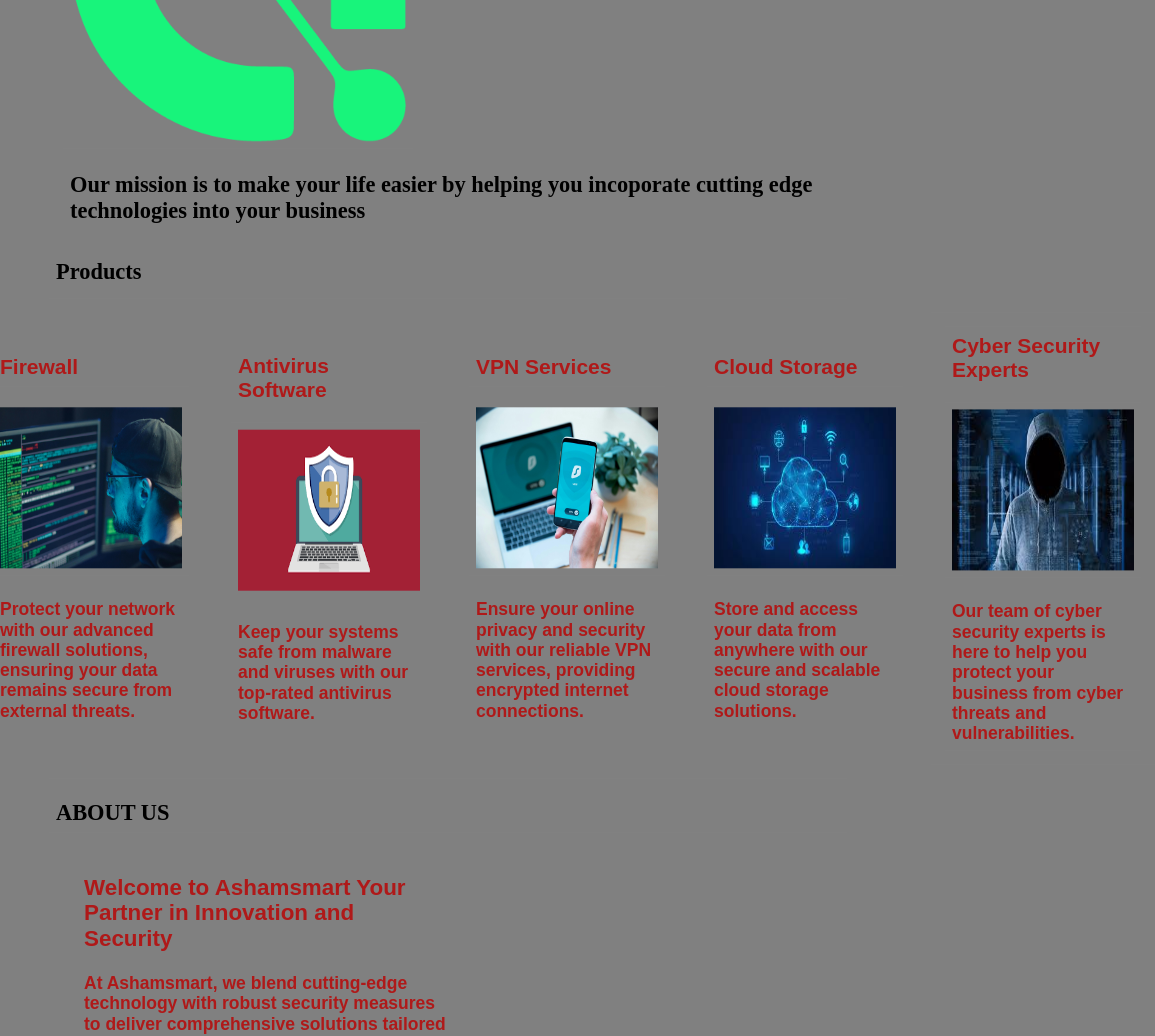
Repository: Alphosmart/firstassignment
Page: /
These files come from the project's save history. The page is drawn as it stood at one moment and after the next save; the edit follows.
The browser window is 1280 px wide. The page is 1650 px wide, so the pictures cover 1650 px, including what lies to the right of the window. The pictures show the part of the page from y = 667 to 2147 px (the page is 5263 px tall before and 5247 px after), at 70% of full size.
The project was rebuilt for these pictures with package versions that can differ from the ones it lists, and the page was loaded fresh each time. Also part of the build but not shown: vite.config.js.

Above is the page before, as saved 2024-08-13 16:52:15.

### index.html
<!DOCTYPE html>
<html lang="en">
  <head>
    <meta charset="UTF-8" />
    <link
      rel="icon"
      type="image/svg+xml"
      href="/public/Image/ashamsmart logo plain.svg"
    />
    <meta name="viewport" content="width=device-width, initial-scale=1.0" />
    <title>Vite + React</title>
  </head>
  <body>
    <div id="root"></div>
    <script type="module" src="/src/main.jsx"></script>
  </body>
</html>

### src/App.jsx
// import React from 'react'

import Navigation from './components/Navigation/Navigation';
import Products from './components/Products/Products';
import About from './components/About/About';
import Partners from './components/Partners/Partners';
import Footer from './components/Footer/Footer';
import HeroSection from './components/Herosection/HeroSection';

const App = () => {
  return (
    <>
      <Navigation />
      <HeroSection />
      <Products />
      <About />
      <Partners />
      <Footer />
    </>
  );
};

export default App;

### src/index.css
* {
  margin: 10px;
  padding: 10px;
  box-sizing: border-box;
  background-color: grey;
}

.navbar {
  display: flex;
  justify-content: space-between;
  /* align-items: center; */
  background-color: #333;
  /* padding: 10px 20px; */
}

/* Logo Styling */
.logo {
  width: 100px;
}

.about {
  margin: 10px;
  padding: 10px;
  color: rgb(175, 25, 25);
  font-family: Arial, Helvetica, sans-serif;
  font-size: 24;
  font-weight: bold;
  display: flex;
  justify-content: center;
  align-items: center;
}

.products {
  margin: 10px;
  padding: 10px;
  color: rgb(175, 25, 25);
  font-family: Arial, Helvetica, sans-serif;
  font-size: 24;
  font-weight: bold;
  display: flex;
  justify-content: center;
  align-items: center;
}
.products img {
  width: 280px;
  height: 250px;
}

p {
  color: rgb(175, 25, 25);
  font-family: Arial, Helvetica, sans-serif;
  font-size: 25px;
  font-weight: bold;
  align-items: center;
}

h3 {
  color: rgb(175, 25, 25);
  font-family: Arial, Helvetica, sans-serif;
  font-size: 30px;
  font-weight: bold;
  align-items: center;
}

.partners {
  margin: 10px;
  padding: 10px;
  color: rgb(175, 25, 25);
  font-family: Arial, Helvetica, sans-serif;
  font-size: 24;
  font-weight: bold;
  display: flex;
  justify-content: center;
  align-items: center;
}

.partners img {
  width: 280px;
  height: 250px;
}

### src/components/Navigation/Navigation.jsx
// import React from 'react'

const Navigation = () => {
  return (
    <>
      <ul className="navbar">
        <div className="logo">
          <img src="/public/Image/ashamsmart logo plain.svg" alt="" />
        </div>
        <li>Home</li>
        <li>Products</li>
        <li>About</li>
        <li>Partners</li>
        <li>Footer</li>
      </ul>
    </>
  );
};

export default Navigation;

### src/components/Products/Products.jsx
// import React from 'react'

const Products = () => {
  return (
    <>
      <h1>Products</h1>
      <div className="products">
        <article>
          <h3>Software</h3>
          <img src="/public/Image/Software.jpg" alt="" />
          <p>
            Our software solutions are designed to improve productivity and
            streamline operations for businesses of all sizes.
          </p>
        </article>
        <article>
          <h3>Firewall</h3>
          <img src="/public/Image/Firewall.jpg" alt="" />
          <p>
            Protect your network with our advanced firewall solutions, ensuring
            your data remains secure from external threats.
          </p>
        </article>
        <article>
          <h3>Antivirus Software</h3>
          <img src="/public/Image/Antivirus.png" alt="" />
          <p>
            Keep your systems safe from malware and viruses with our top-rated
            antivirus software.
          </p>
        </article>
        <article>
          <h3>VPN Services</h3>
          <img src="/public/Image/VPN.jpg" alt="" />
          <p>
            Ensure your online privacy and security with our reliable VPN
            services, providing encrypted internet connections.
          </p>
        </article>
        <article>
          <h3>Cloud Storage</h3>
          <img src="/public/Image/Cloud.jpeg" alt="" />
          <p>
            Store and access your data from anywhere with our secure and
            scalable cloud storage solutions.
          </p>
        </article>
        <article>
          <h3>Cyber Security Experts</h3>
          <img src="/public/Image/CyberGhost.jpeg" alt="" />
          <p>
            Our team of cyber security experts is here to help you protect your
            business from cyber threats and vulnerabilities.
          </p>
        </article>
      </div>
    </>
  );
};

export default Products;

### src/components/About/About.jsx
// import React from 'react';

const About = () => {
  return (
    <>
      <h1
        style={{
          display: 'flex',
          alignItems: 'center',
          marginTop: '20px',
          padding: '10px',
        }}
      >
        ABOUT US
      </h1>
      <div className="about">
        <div>
          <h1>Welcome to Ashamsmart Your Partner in Innovation and Security</h1>
          <p>
            At Ashamsmart, we blend cutting-edge technology with robust security
            measures to deliver comprehensive solutions tailored to your
            business needs. Our team of experts excels in crafting innovative
            software and fortifying cyber defenses, ensuring your operations run
            smoothly and securely.
          </p>

          <h2>Our Services</h2>
          <h3>Software Development</h3>
          <p>
            <b>Custom Software Solutions: </b>We design and develop bespoke
            software tailored to your unique business requirements, enhancing
            efficiency and driving growth.
            <p>
              <b>Web and Mobile Applications:</b> From intuitive web platforms
              to dynamic mobile apps, we create user-friendly solutions that
              engage and retain customers.
            </p>
            <p>
              <b>System Integration:</b> Seamlessly integrate new software with
              your existing systems, ensuring compatibility and streamlined
              operations.
            </p>
            <p>
              <b>Maintenance and Support:</b> Our ongoing support and
              maintenance services keep your software up-to-date and performing
              at its best.
            </p>
          </p>

          <h2>Why Choose Us?</h2>
          <p>
            <b>Expertise:</b> Our team of skilled professionals has years of
            experience in software development and cybersecurity, ensuring
            high-quality solutions.
          </p>
          <p>
            <b>Innovation:</b> We stay ahead of the curve by adopting the latest
            technologies and best practices, delivering cutting-edge solutions
            to our clients.
          </p>
          <p>
            <b>Security:</b> Protecting your data and systems is our top
            priority. We implement robust security measures to safeguard your
            business from cyber threats.
          </p>
          <p>
            <b>Customer-Centric Approach:</b> We work closely with our clients
            to understand their needs and deliver solutions that meet and exceed
            their expectations.
          </p>
          <p>
            <b>Quality Assurance:</b> Our rigorous testing and quality assurance
            processes ensure that our software is reliable, secure, and
            user-friendly.
          </p>
        </div>
        <img
          src="/public/Image/pexels-mary-taylor-5896578.jpg"
          alt=""
          width={500}
        />
      </div>
    </>
  );
};

export default About;

### src/components/Partners/Partners.jsx
// import React from 'react';

const Partners = () => {
  return (
    <>
      <h1>Our Partners</h1>
      <div className="partners">
        <article>
          <h2>Microsoft</h2>
          <img src="/public/Image/Microsoft.jpeg" alt="" />
          <p>
            Microsoft Corporation is an American multinational technology
            company with headquarters in Redmond, Washington. It develops,
            manufactures, licenses, supports, and sells computer software,
            consumer electronics, personal computers, and related services.
          </p>
        </article>
        <article>
          <h2>Google</h2>
          <img src="/public/Image/Google.png" alt="" />
          <p>
            Google LLC is an American multinational technology company that
            specializes in Internet-related services and products, which include
            online advertising technologies, a search engine, cloud computing,
            software, and hardware.
          </p>
        </article>
        <article>
          <h2>Amazon</h2>
          <img src="/public/Image/Amazon.png" alt="" />
          <p>
            Amazon.com, Inc. is an American multinational technology company
            based in Seattle, Washington, which focuses on e-commerce, cloud
            computing, digital streaming, and artificial intelligence.
          </p>
        </article>
        <article>
          <h2>IBM</h2>
          <img src="/public/Image/IBM.png" alt="" />
          <p>
            International Business Machines Corporation is an American
            multinational technology company that produces and sells computer
            hardware, middleware, and software, and provides hosting and
            consulting services in areas ranging from mainframe computers to
            nanotechnology.
          </p>
        </article>
      </div>
    </>
  );
};

export default Partners;

### src/components/Footer/Footer.jsx
// import React from 'react'

const Footer = () => {
  return (
    <>
      <ul>
        <li>Home</li>
        <li>Products</li>
        <li>About</li>
        <li>Partners</li>
        <li>Footer</li>
      </ul>
    </>
  );
};

export default Footer;

### src/components/Herosection/HeroSection.jsx
// import React from 'react'

const HeroSection = () => {
  return (
    <>
      <div className="hero-page">
        <h1>Welcome to Ashamsmart Dynamic Concepts</h1>
        <img src="/public/Image/Plain Rgb.png" alt="" width={500} />
        <h1>
          Our mission is to make your life easier by helping you incoporate
          cutting edge technologies into your business
        </h1>
      </div>
    </>
  );
};

export default HeroSection;

### src/components/Herosection/Herosection.jsx
// import React from 'react'

const HeroSection = () => {
  return (
    <>
      <div>
        <h1>Welcome to Ashamsmart Dynamic Concepts</h1>
        <img src="/public/Image/Plain Rgb.png" alt="" width={500} />
        <p>
          Our mission is to make your life easier by helping you incoporate
          cutting edge technologies into your business
        </p>
      </div>
    </>
  );
};

export default HeroSection;

Loaded but not shown: src/main.jsx (common file)

After the next save:
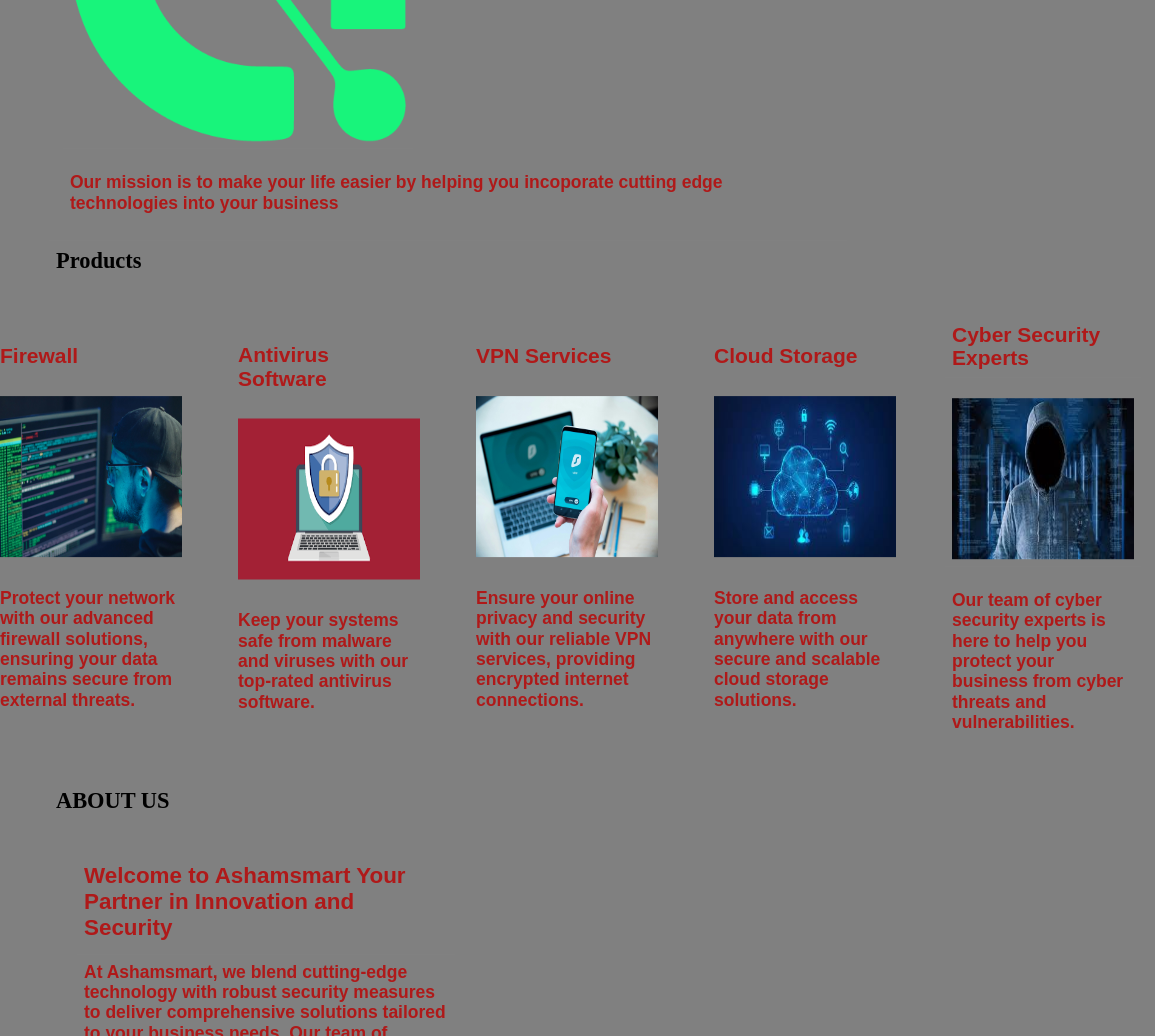
Saved 66 s later.
--- a/src/App.jsx
+++ b/src/App.jsx
@@ -5,7 +5,7 @@
 import About from './components/About/About';
 import Partners from './components/Partners/Partners';
 import Footer from './components/Footer/Footer';
-import HeroSection from './components/Herosection/HeroSection';
+import HeroSection from './components/Herosection/Herosection';
 
 const App = () => {
   return (

After the save that followed:
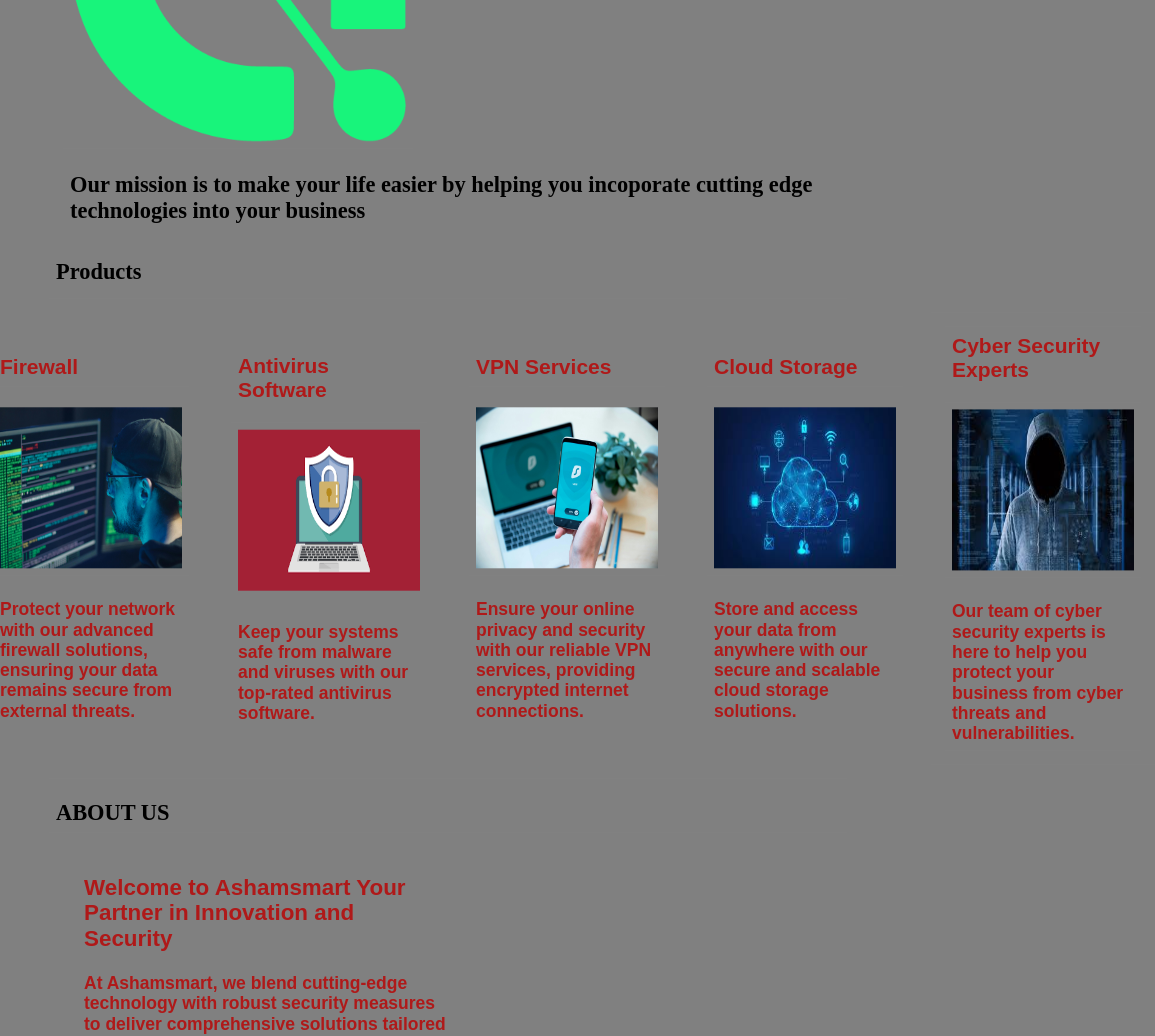
Saved 17 s later.
--- a/src/App.jsx
+++ b/src/App.jsx
@@ -5,7 +5,7 @@
 import About from './components/About/About';
 import Partners from './components/Partners/Partners';
 import Footer from './components/Footer/Footer';
-import HeroSection from './components/Herosection/Herosection';
+import HeroSection from './components/Herosection/HeroSection';
 
 const App = () => {
   return (
